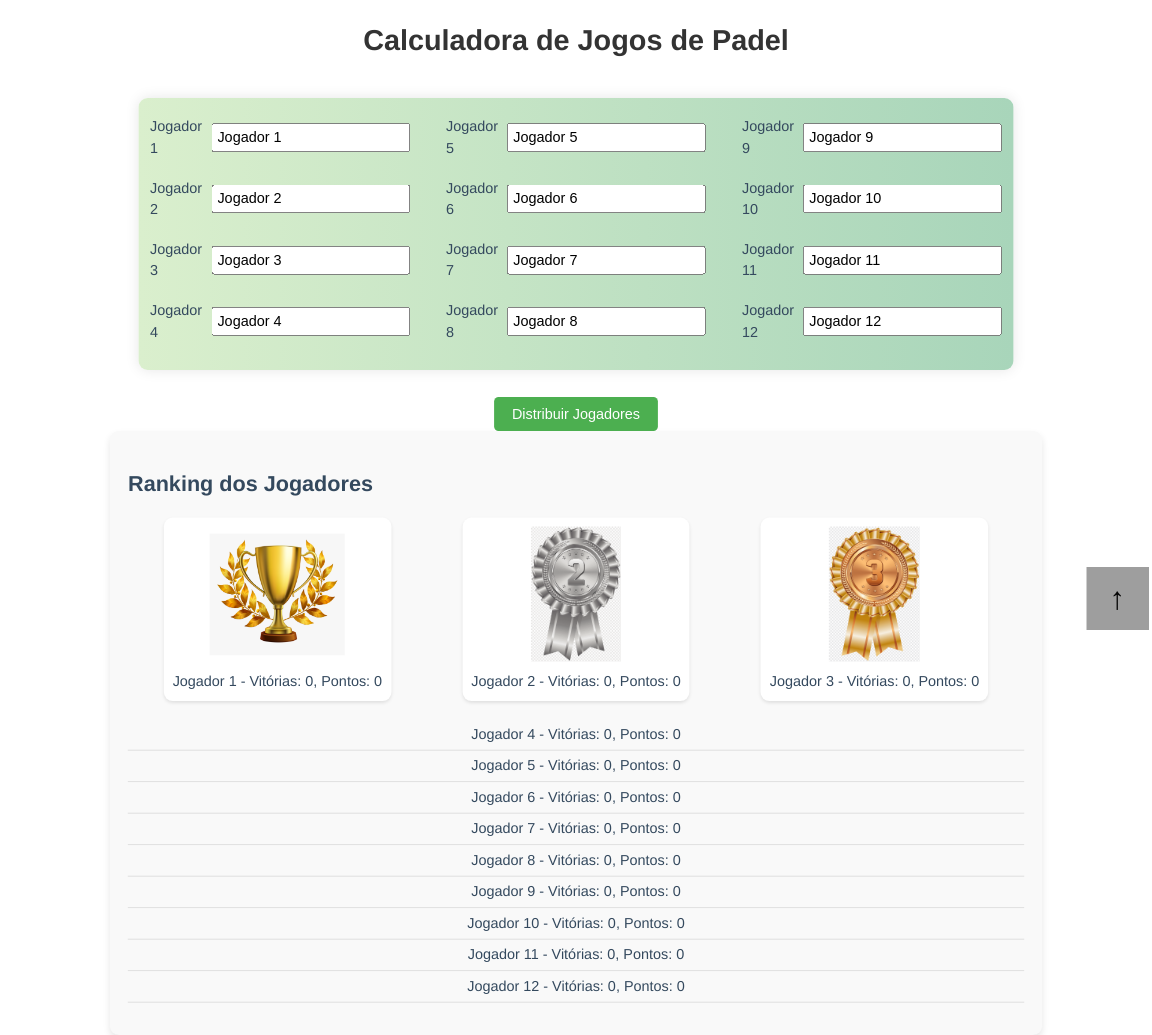
Repository: MarcioMiguel22/PadelMaster
Page: /calculadora
These files come from the project's save history. The page is drawn as it stood at one moment and after the next save; the edit follows.
The browser window is 1280 px wide. The pictures show the whole page, at 90% of full size.
Pictures or frames that could not be fetched are drawn as grey boxes. The project was rebuilt for these pictures with package versions that can differ from the ones it lists, and the page was loaded fresh each time. Also part of the build but not shown: vite.config.ts, src/pages/Home/Home.tsx, src/components/components_calculadora/Campo.tsx, src/components/components_calculadora/Jogo.tsx, src/pages/Player/playerComponent.tsx, src/index.css.

Above is the page before, as saved 2024-06-16 09:18:14.

### src/main.tsx
///home/marciomiguel/code/MarcioMiguel22/Sites/PadelMaster/src/main.tsx
import { render } from 'react-dom';
import { StrictMode } from 'react';
import App from './App';
import './index.css';

const root = document.getElementById('root')!;
render(
  <StrictMode>
    <App />
  </StrictMode>,
  root
);

### src/App.tsx

///home/marciomiguel/code/MarcioMiguel22/Sites/PadelMaster/src/App.tsx

import { BrowserRouter, Routes, Route } from 'react-router-dom';
import Home from './pages/Home/Home';
import Calculadora from './pages/Calculadora/Calculadora';
import PlayerComponent from './pages/Player/playerComponent';
function App() {
  return (
    <BrowserRouter>
      <Routes>
        <Route path="/" element={<Home />} />
        <Route path="/calculadora" element={<Calculadora />} /> // Wrap Calculadora component with curly braces
        <Route path="/player-component" element={<PlayerComponent />} />
      </Routes>
    </BrowserRouter>
  );
}

export default App

### src/pages/Home/Home.module.css
.padel-container {
  text-align: center;
  background-color: white;
  padding: 20px;
  border-radius: 10px;
  box-shadow: 0 0 10px rgba(0, 0, 0, 0.1);
}

h1 {
  color: #333;
  margin-bottom: 20px;
}

.padel-image {
  max-width: 50%;
  height: auto;
  border-radius: 10px;
  margin-bottom: 20px;
}

.enter-button {
  background-image: url('../../assets/images/tennis-ball.png'); /* Ensure the path is correct */
  background-size: cover;
  background-position: center;
  background-repeat: no-repeat;
  width: 60px;
  height: 60px;
  border: none;
  border-radius: 50%;
  cursor: pointer;
  padding: 0;
}

.enter-button:hover {
  transform: scale(1.1);
}

### src/pages/Calculadora/Calculadora.css
.calculadora-container {
  display: flex;
  flex-direction: column;
  align-items: center;
  gap: 20px;
}

.main-content {
  gap: 20px;
}

.jogadores-lista {
  background: linear-gradient(to right, #daefcd, #a8d5ba);
  display: flex;
  flex-direction: row;
  justify-content: center;
  gap: 40px;
  width: 90%;
  max-width: 1200px;
  margin: 0 auto;
  padding: 20px;
  border-radius: 10px;
  box-shadow: 0 0 15px rgba(0, 0, 0, 0.1);
}

.jogadores-coluna {
  display: flex;
  flex-direction: column;
  align-items: center;
  gap: 10px;
}

.jogador-item {
  display: flex;
  align-items: center;
  margin-bottom: 10px;
}

.jogador-item label {
  margin-right: 10px;
}

.jogador-item input {
  padding: 5px;
  font-size: 16px;
}

.jogador-input {
  margin-right: 5px;
  padding: 5px;
  font-size: 16px;
  border: 1px solid #ccc;
  border-radius: 5px;
}

.distribute-button, .scroll-to-top {
  background-color: #4CAF50;
  color: white;
  padding: 10px 20px;
  border: none;
  border-radius: 5px;
  cursor: pointer;
  font-size: 16px;
  margin-top: 10px;
}

.distribute-button:hover, .scroll-to-top:hover {
  background-color: #45a049;
}

.fields-container {
  display: flex;
  flex-direction: column;
  align-items: center;
  margin-top: 20px;
}

.jogo {
  margin-bottom: 40px;
}

.campos {
  display: flex;
  justify-content: space-around;
}

.field {
  background: linear-gradient(to right, #c3e8ad, #a8d5ba);
  padding: 20px;
  border-radius: 10px;
  box-shadow: 0 0 10px rgba(0, 0, 0, 0.1);
  width: 30%;
}

.field h2 {
  margin-top: 0;
}

.team {
  list-style-type: none;
  padding: 5px;
  background-color: #fff;
  margin: 5px 0;
  border-radius: 5px;
  box-shadow: 0 0 5px rgba(0, 0, 0, 0.1);
  width: fit-content; /* Ajuste o valor conforme necessário */
}

.team.vencedor {
  background-color: #d4edda; /* Verde claro */
}

.team.perdedor {
  background-color: #f8d7da; /* Vermelho claro */
}

.team div {
  display: flex;
  align-items: center;
}

.team input.resultado-input {
  margin-left: 10px;
  width: 45px;
  padding: 5px;
  font-size: 16px;
}

.ranking-container {
  margin-top: 40px;
}

.ranking-container h2 {
  margin-bottom: 10px;
}

.ranking-container ul {
  list-style-type: none;
  padding: 0;
}

.ranking-container li {
  margin: 5px 0;
}


@media screen and (max-width: 991px) {
  .jogadores-lista {
    flex-direction: column;
    align-items: center;
    gap: 20px;
    padding: 10px;
  }

  .field {
    width: 80%;
    margin-bottom: 20px;
  }

  .campos {
    flex-direction: column;
    align-items: center;
    gap: 20px;
  }

  .distribute-button, .scroll-to-top {
    width: 100%;
    font-size: 14px;
    padding: 8px 16px;
  }

  .team div {
    flex-direction: column;
    align-items: flex-start;
  }

  .team input.resultado-input {
    margin-left: 0;
    margin-top: 5px;
  }
  .ranking-container {
    flex-flow: column;
    margin-top: 40px;
  }

  .ranking-container h2 {
    margin-bottom: 10px;
  }

  .ranking-container ul {
    list-style-type: none;
    padding: 0;
  }

  .ranking-container li {
    margin: 5px 0;
  }
}
/* Media Queries para Mobile */
@media screen and (max-width: 767px) {
  .jogadores-lista {
    flex-direction: column;
    align-items: center;
    gap: 20px;
    padding: 10px;
  }

  .field {
    width: 80%;
    margin-bottom: 20px;
  }

  .campos {
    flex-direction: column;
    align-items: center;
    gap: 20px;
  }

  .distribute-button, .scroll-to-top {
    width: 100%;
    font-size: 14px;
    padding: 8px 16px;
  }

  .team div {
    flex-direction: column;
    align-items: flex-start;
  }

  .team input.resultado-input {
    margin-left: 0;
    margin-top: 5px;
  }
  .ranking-container {
    flex-flow: column;
    margin-top: 40px;
  }

  .ranking-container h2 {
    margin-bottom: 10px;
  }

  .ranking-container ul {
    list-style-type: none;
    padding: 0;
  }

  .ranking-container li {
    margin: 5px 0;
  }
}

/* Media Queries para Mobile */
@media screen and (max-width: 479px) {
  .jogadores-lista {
    flex-direction: column;
    align-items: center;
    gap: 20px;
    padding: 10px;
  }

  .field {
    width: 80%;
    margin-bottom: 20px;
  }

  .campos {
    flex-direction: column;
    align-items: center;
    gap: 20px;
  }

  .distribute-button, .scroll-to-top {
    width: 100%;
    font-size: 14px;
    padding: 8px 16px;
  }

  .team div {
    flex-direction: column;
    align-items: flex-start;
  }

  .team input.resultado-input {
    margin-left: 0;
    margin-top: 5px;
  }
  .ranking-container {
    flex-flow: column;
    margin-top: 40px;
  }

  .ranking-container h2 {
    margin-bottom: 10px;
  }

  .ranking-container ul {
    list-style-type: none;
    padding: 0;
  }

  .ranking-container li {
    margin: 5px 0;
  }
}

### src/components/components_calculadora/JogadoresLista.tsx
import React from 'react';
import JogadorItem from './JogadorItem';
import { Jogador } from '../../utils/types/types'; // Importando o tipo Jogador

interface JogadoresListaProps {
  jogadores: Jogador[];
  handleNomeChange: (id: number, novoNome: string) => void;
}

const JogadoresLista: React.FC<JogadoresListaProps> = ({ jogadores, handleNomeChange }) => (
  <div className="jogadores-lista">
    {Array.from({ length: 3 }, (_, i) => (
      <div className="jogadores-coluna" key={i}>
        {jogadores.slice(i * 4, (i + 1) * 4).map(jogador => (
          <JogadorItem
            key={jogador.id}
            jogador={jogador}
            handleNomeChange={handleNomeChange}
          />
        ))}
      </div>
    ))}
  </div>
);

export default JogadoresLista;

### src/components/components_calculadora/Ranking.tsx
import React from 'react';
import ouro from '../../assets/images/ouro.png';
import prata from '../../assets/images/prata.png';
import bronze from '../../assets/images/bronze.png';
import styles from './Ranking.module.css';

interface Jogador {
  id: number;
  nome: string;
  vitorias: number;
  pontos: number;
}

interface RankingProps {
  jogadoresClassificados: Jogador[];
}

const Ranking: React.FC<RankingProps> = ({ jogadoresClassificados }) => {
  const top3 = jogadoresClassificados.slice(0, 3);
  const outrosJogadores = jogadoresClassificados.slice(3);

  const medalhas = [ouro, prata, bronze];

  return (
    <div className={styles.rankingContainer}>
      <h2>Ranking dos Jogadores</h2>
      <div className={styles.top3Container}>
        {top3.map((jogador, index) => (
          <div key={jogador.id} className={styles.top3Item}>
            <img src={medalhas[index]} alt={`Medalha de ${index + 1}`} className={styles.medalha} />
            {jogador.nome} - Vitórias: {jogador.vitorias}, Pontos: {jogador.pontos}
          </div>
        ))}
      </div>
      <ul className={styles.outrosJogadores}>
        {outrosJogadores.map((jogador) => (
          <li key={jogador.id}>
            {jogador.nome} - Vitórias: {jogador.vitorias}, Pontos: {jogador.pontos}
          </li>
        ))}
      </ul>
    </div>
  );
};

export default Ranking;

### src/components/components_calculadora/logic/gameLogic.ts
import { Jogador, Campo as CampoType } from '../../../utils/types/types';

export const separarDuplas = (jogadores: Jogador[]): Jogador[] => {
  const separados: Jogador[] = [];
  while (jogadores.length) {
    const [jogador1, jogador2] = jogadores.splice(0, 2);
    separados.push(jogador1);
    if (jogador2) separados.push(jogador2);
  }
  return separados;
};

export const iniciarProximoJogo = (jogos: CampoType[][], setJogos: React.Dispatch<React.SetStateAction<CampoType[][]>>) => {
  const ultimoJogo = jogos[jogos.length - 1];
  const novosCampos: CampoType[] = [
    { id: 1, times: [] },
    { id: 2, times: [] },
    { id: 3, times: [] },
  ];

  const campo1 = ultimoJogo.find(campo => campo.id === 1);
  const campo2 = ultimoJogo.find(campo => campo.id === 2);
  const campo3 = ultimoJogo.find(campo => campo.id === 3);

  if (campo1 && campo2 && campo3) {
    const [time1Campo1, time2Campo1] = campo1.times;
    const [time1Campo2, time2Campo2] = campo2.times;
    const [time1Campo3, time2Campo3] = campo3.times;

    // Vencedores e perdedores dos campos
    const vencedoresCampo1 = time1Campo1.resultado > time2Campo1.resultado ? time1Campo1.jogadores : time2Campo1.jogadores;
    const perdedoresCampo1 = time1Campo1.resultado > time2Campo1.resultado ? time2Campo1.jogadores : time1Campo1.jogadores;

    const vencedoresCampo2 = time1Campo2.resultado > time2Campo2.resultado ? time1Campo2.jogadores : time2Campo2.jogadores;
    const perdedoresCampo2 = time1Campo2.resultado > time2Campo2.resultado ? time2Campo2.jogadores : time1Campo2.jogadores;

    const vencedoresCampo3 = time1Campo3.resultado > time2Campo3.resultado ? time1Campo3.jogadores : time2Campo3.jogadores;
    const perdedoresCampo3 = time1Campo3.resultado > time2Campo3.resultado ? time2Campo3.jogadores : time1Campo3.jogadores;

    // Atualizar pontuação dos jogadores
    const margemVitoriaCampo1 = Math.abs(time1Campo1.resultado - time2Campo1.resultado);
    const margemVitoriaCampo2 = Math.abs(time1Campo2.resultado - time2Campo2.resultado);
    const margemVitoriaCampo3 = Math.abs(time1Campo3.resultado - time2Campo3.resultado);

    vencedoresCampo1.forEach(jogador => {
      jogador.vitorias += 1;
      jogador.pontos += margemVitoriaCampo1;
    });

    vencedoresCampo2.forEach(jogador => {
      jogador.vitorias += 1;
      jogador.pontos += margemVitoriaCampo2;
    });

    vencedoresCampo3.forEach(jogador => {
      jogador.vitorias += 1;
      jogador.pontos += margemVitoriaCampo3;
    });

    // Campo 1: vencedores do campo 1 e vencedores do campo 2
    novosCampos[0].times.push(
      { jogadores: [vencedoresCampo1[0], vencedoresCampo2[0]], resultado: 0 },
      { jogadores: [vencedoresCampo1[1], vencedoresCampo2[1]], resultado: 0 }
    );

    // Campo 2: perdedores do campo 1 e vencedores do campo 3
    novosCampos[1].times.push(
      { jogadores: [perdedoresCampo1[0], vencedoresCampo3[0]], resultado: 0 },
      { jogadores: [perdedoresCampo1[1], vencedoresCampo3[1]], resultado: 0 }
    );

    // Campo 3: perdedores do campo 2 e perdedores do campo 3
    novosCampos[2].times.push(
      { jogadores: [perdedoresCampo2[0], perdedoresCampo3[0]], resultado: 0 },
      { jogadores: [perdedoresCampo2[1], perdedoresCampo3[1]], resultado: 0 }
    );
  }

  setJogos([...jogos, novosCampos]);
};

### src/components/components_calculadora/ScrollToTopButton.tsx
import React from 'react';
import tennisBall from '../../assets/images/tennis-ball.png';
import styles from './ScrollToTopButton.module.css'; // Importando o arquivo CSS Module

const ScrollToTopButton: React.FC = () => {
  const scrollToTop = () => {
    window.scrollTo({ top: 0, behavior: 'smooth' });
  };

  return (
    <button onClick={scrollToTop} className={styles.scrollToTop}>
      <img src={tennisBall} alt="Tennis Ball" className={styles.tennisBall} />
      <span className={styles.arrowUp}>↑</span>
    </button>
  );
};

export default ScrollToTopButton;

### src/pages/Player/playerComponent.module.css
/* playerComponent.module.css */

/* Root Variables */
:root {
  --primary-color: #2c3e50;
  --secondary-color: #ecf0f1;
  --accent-color: #e74c3c;
  --text-color: #34495e;
  --background-color: #ffffff;
  --border-color: #bdc3c7;
  --link-color: #2980b9;
  --font-family: 'Helvetica Neue', Arial, sans-serif;
  --font-size: 16px;
  --line-height: 1.5;
}

body {
  font-family: var(--font-family);
  font-size: var(--font-size);
  line-height: var(--line-height);
  color: var(--text-color);
  background-color: var(--background-color);
  margin: 0;
  padding: 0;
}

.navigation-bar {
  background-color: var(--primary-color);
  color: var(--secondary-color);
  padding: 10px 0;
}

.container {
  width: 90%;
  max-width: 1200px;
  margin: 0 auto;
  display: flex;
  justify-content: space-between;
  align-items: center;
}

.nav-brand .site-name {
  font-size: 24px;
  font-weight: bold;
  color: var(--secondary-color);
}

.navigation-menu {
  display: flex;
  gap: 15px;
}

.navigation-link {
  color: var(--secondary-color);
  text-decoration: none;
  font-size: 18px;
}

.navigation-link:hover {
  color: var(--accent-color);
}

.menu-button .nav-icon-menu {
  width: 30px;
  height: 3px;
  background-color: var(--secondary-color);
  margin: 5px 0;
}

.content-wrapper {
  padding: 20px 0;
}

.row {
  display: flex;
}

.sidebar {
  width: 25%;
}

.content-column {
  width: 75%;
}

.white-wrapper {
  background-color: var(--background-color);
  padding: 20px;
  border: 1px solid var(--border-color);
  border-radius: 10px;
}

.circle-profile {
  width: 100px;
  height: 100px;
  border-radius: 50%;
  display: block;
  margin: 0 auto 10px;
}

.site-description {
  text-align: center;
  margin: 10px 0;
}

.grey-rule {
  height: 1px;
  background-color: var(--border-color);
  margin: 20px 0;
}

.small-heading {
  font-size: 18px;
  font-weight: bold;
  color: var(--text-color);
  margin-bottom: 10px;
}

.feature-posts-list .post-item {
  margin-bottom: 10px;
}

.small-post-link {
  text-decoration: none;
  color: var(--link-color);
  font-size: 16px;
}

.small-post-link:hover {
  color: var(--accent-color);
}

.social-link-group {
  display: flex;
  justify-content: space-around;
  margin: 20px 0;
}

.social-icon-link img {
  width: 25px;
  height: 25px;
}

.built-with-webflow {
  text-align: center;
  margin-top: 10px;
  font-size: 14px;
}

.webflow-link {
  color: var(--link-color);
  text-decoration: none;
}

.webflow-link:hover {
  color: var(--accent-color);
}

.post-wrapper {
  background-color: var(--background-color);
  padding: 20px;
  border: 1px solid var(--border-color);
  border-radius: 10px;
  margin-bottom: 20px;
}

.post-content .row {
  display: flex;
}

.blog-image {
  display: block;
  width: 100%;
  height: auto;
  background-color: var(--border-color);
  text-align: center;
  padding: 20px;
  color: var(--text-color);
  text-decoration: none;
  font-size: 16px;
}

.blog-title-link {
  text-decoration: none;
  color: var(--text-color);
}

.blog-title-link:hover {
  color: var(--accent-color);
}

.blog-title {
  font-size: 24px;
  margin: 0 0 10px;
}

.details-wrapper {
  display: flex;
  align-items: center;
  gap: 10px;
  margin-bottom: 10px;
}

.post-info {
  font-size: 14px;
  color: var(--text-color);
}

.when-link {
  text-decoration: none;
  color: var(--link-color);
}

.when-link:hover {
  color: var(--accent-color);
}

.post-summary-wrapper {
  margin-bottom: 10px;
}

.post-summary {
  font-size: 16px;
  color: var(--text-color);
}

.read-more-link {
  text-decoration: none;
  color: var(--link-color);
  font-size: 14px;
}

.read-more-link:hover {
  color: var(--accent-color);
}

.button-wrapper {
  text-align: center;
  margin-top: 20px;
}

.button {
  background-color: var(--primary-color);
  color: var(--secondary-color);
  border: none;
  padding: 10px 20px;
  border-radius: 5px;
  font-size: 16px;
  cursor: pointer;
  transition: background-color 0.3s;
}

.button:hover {
  background-color: var(--accent-color);
}

.sidebar-on-mobile {
  display: none;
}

@media (max-width: 768px) {
  .row {
    flex-direction: column;
  }

  .sidebar {
    display: none;
  }

  .content-column {
    width: 100%;
  }

  .sidebar-on-mobile {
    display: block;
    margin-top: 20px;
  }
}

### src/components/components_calculadora/JogadorItem.tsx
import React from 'react';
import { Jogador } from '../../utils/types/types'; // Importando o tipo Jogador

interface JogadorItemProps {
  jogador: Jogador;
  handleNomeChange: (id: number, novoNome: string) => void;
}

const JogadorItem: React.FC<JogadorItemProps> = ({ jogador, handleNomeChange }) => (
  <div className="jogador-item">
    <label>{`Jogador ${jogador.id}`}</label>
    <input
      type="text"
      value={jogador.nome}
      onChange={(e) => handleNomeChange(jogador.id, e.target.value)}
    />
  </div>
);

export default JogadorItem;

### src/components/components_calculadora/Ranking.module.css
.rankingContainer {
  padding: 20px;
  background-color: #f9f9f9;
  border-radius: 10px;
  box-shadow: 0 4px 8px rgba(0, 0, 0, 0.1);
}

.top3Container {
  display: flex;
  justify-content: space-around;
  margin-bottom: 20px;
}

.top3Item {
  display: flex;
  flex-direction: column;
  align-items: center;
  padding: 10px;
  background-color: #ffffff;
  border-radius: 10px;
  box-shadow: 0 2px 4px rgba(0, 0, 0, 0.1);
  text-align: center; /* Center text horizontally */
}

.medalha {
  width: 150px;
  height: 150px;
  margin-bottom: 10px; /* Adjusted for better centering */
  transition: transform 0.3s ease-in-out;
  object-fit: contain; /* Ensure the image fits within the container */
  background-color: transparent; /* Ensure the background is transparent */
}

.medalha:hover {
  transform: scale(1.2);
  animation: pulse 1s infinite;
}

@keyframes pulse {
  0% {
    transform: scale(1.2);
  }
  50% {
    transform: scale(1.25);
  }
  100% {
    transform: scale(1.2);
  }
}

.outrosJogadores {
  list-style-type: none;
  padding: 0;
}

.outrosJogadores li {
  padding: 5px 0;
  border-bottom: 1px solid #ddd;
  text-align: center; /* Center text horizontally */
}

### src/components/components_calculadora/ScrollToTopButton.module.css
.scrollToTop {
  position: fixed;
  bottom: 20px;
  left: 97%;
  transform: translateX(-50%);
  width: 70px;
  height: 70px;
  border: none;
  background: none;
  cursor: pointer;
  display: flex;
  align-items: center;
  justify-content: center;
}

.tennisBall {
  width: 100%;
  height: 100%;
  position: absolute;
}

.arrowUp {
  position: absolute;
  font-size: 35px;
  color: rgb(5, 5, 5);
  font-weight: bold;
  z-index: 1;
}

Loaded but not shown: index.html (common file); src/pages/Calculadora/Calculadora.tsx (142 lines, source omitted)

After the next save:
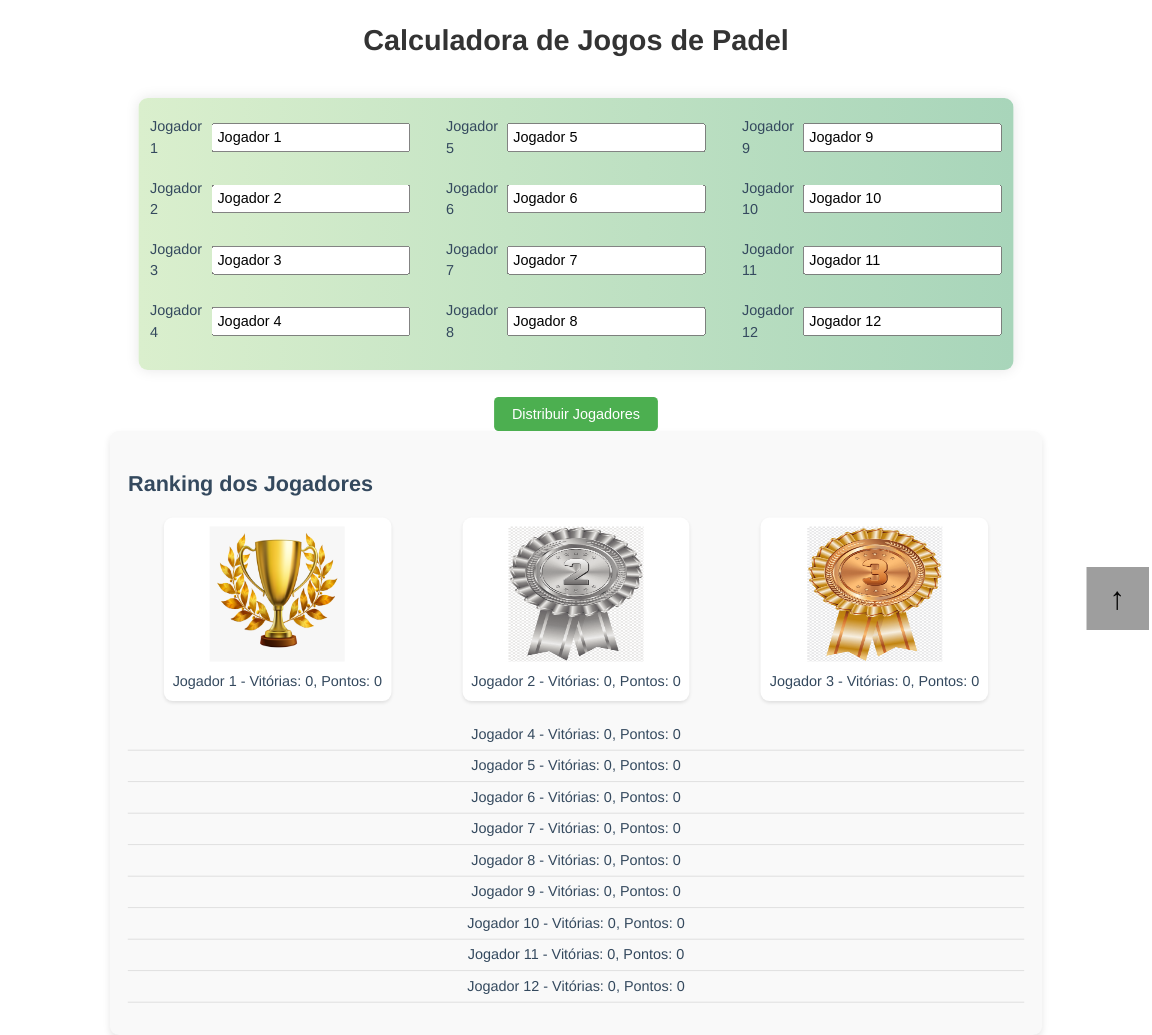
Saved 37 s later.
--- a/src/components/components_calculadora/Ranking.module.css
+++ b/src/components/components_calculadora/Ranking.module.css
@@ -27,7 +27,7 @@
   height: 150px;
   margin-bottom: 10px; /* Adjusted for better centering */
   transition: transform 0.3s ease-in-out;
-  object-fit: contain; /* Ensure the image fits within the container */
+  object-fit:initial; /* Ensure the image fits within the container */
   background-color: transparent; /* Ensure the background is transparent */
 }
 
